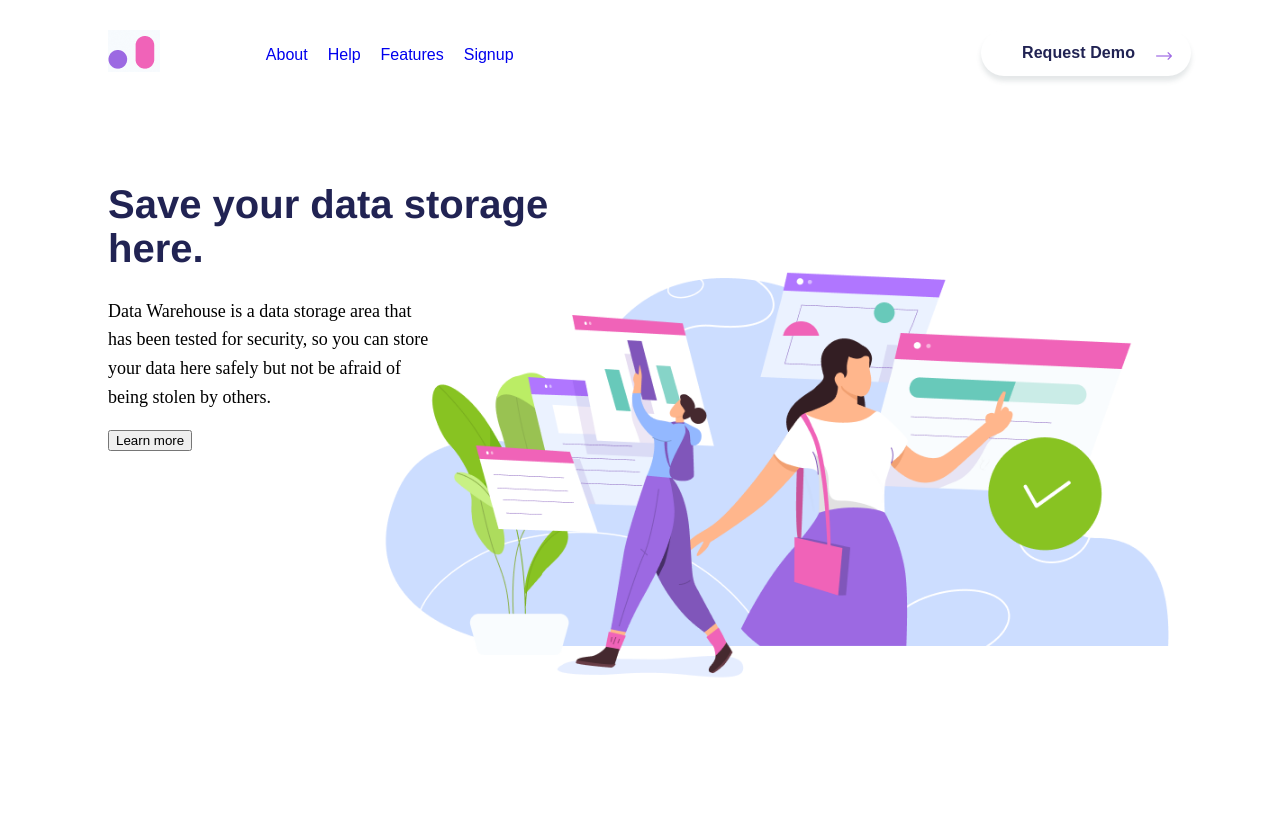
Repository: batonAnton/HW6_flexbox
Page: index.html
An editor plug-in stored every save of this project. The page is shown before and after the next save, followed by the edit.
The browser window is 1280 px wide. The pictures show the whole page.
Some web fonts or font styles are not loaded; a fallback is used.

Above is the page before, as saved 2022-06-18 11:00:15.

### index.html
<!DOCTYPE html>
<html lang="en">
<head>
    <meta charset="UTF-8">
    <meta http-equiv="X-UA-Compatible" content="IE=edge">
    <meta name="viewport" content="width=device-width, initial-scale=1.0">
    <link href="http://fonts.cdnfonts.com/css/helvetica-neue-9" rel="stylesheet">
    <link rel="stylesheet" href="./fonts/Helvetica-Bold.ttf">
    <link rel="stylesheet" href="./fonts/AvenirLTStd-Black.otf">
    <link rel="stylesheet" href="/css/style.css">
    <title>FlexBox</title>
</head>
<body>
    <header>
        <div class="logo">
            <img src="./images/logo.png" alt="logo">
        </div>

        <nav>
            <ul>
                <li>
                    <a href="#">about</a>
                </li>
                <li>
                    <a href="#">help</a>
                </li>
                <li>
                    <a href="#">features</a>
                </li>
                <li>
                    <a href="#">signup</a>
                </li>
            </ul>
        </nav>

        <div class="header-btn">
            <div>
                <button>request demo</button>
            </div>
            <div class="btn-img">
                <img src="./images/right-arrow.png" alt="arrow-right" >
            </div>
        </div>
    </header>

    <div class="section">
        <div class="info">
            <h1>Save your data storage here.</h1>
            <p>Data Warehouse is a data storage area that <br>has been
                tested for security, so you can store <br> your data here
                safely but not be afraid of <br> being stolen by others.</p>
            <button>Learn more</button>
        </div>

        <div class="section-img">
            <img src="./images/headerImg.png" alt="">
        </div>
    </div>
</body>
</html>

### css/style.css
body {
  box-sizing: border-box;
  font-family: "Avenir";
}

header {
  display: flex;
  margin: 30px 100px;
  justify-content: space-between;
  /* border: 1px solid gray; */
 font-family: Arial, Helvetica, sans-serif;
  font-size: 16px;
}


nav {
  margin-right: 40%;
}

nav ul {
  display: flex;
  list-style: none;
  color: #4b5d68;
}

nav ul li a {
  text-decoration: none;
  padding-left: 20px;
  text-transform: capitalize;
}

.header-btn {
  display: flex;
  justify-content: center;
}

.section h1{
    color:#212353;
    font-weight: 700;
}

.header-btn button {
  padding: 15px 30px 15px 15px;
  text-transform: capitalize;
  border: none;
  border-radius: 50px;
  background: #ffffff;
  box-shadow: 0px 5px 5px rgb(75 93 104 / 15%);
  width: 210px;
  color: #212353;
  font-size: 16px;
  font-weight: 800;
  line-height: 100%;
  letter-spacing: 0.005em;
}

.btn-img {
  margin-left: -35px;
  padding-left: -15px;
  align-self: center;
}

button img {
  padding-top: 5px;
  margin-left: 5px;
}

button:hover {
  border: 1px solid rgba(156, 105, 226, 1);
  text-decoration: underline;
}

.section {
  display: flex;
  margin: 70px 100px;
  position: relative;
  height: 600px;
  overflow: hidden;
}

.section p{
    font-family: Helvetica, sans-serif;
}

.info {
  width: 50%;
}

.section h1 {
  font-style: normal;
  font-weight: 700;
  font-size: 40px;
  line-height: 110%;
  font-family: "Helvetica Neue", sans-serif;
}

.section p {
  font-family: "Avenir";
  font-style: normal;
  font-weight: 500;
  font-size: 18px;
  line-height: 160%;
}

.section-img {
  position: absolute;
  bottom: 10%;
  right: -8%;
}
.section-img img {
  width: 90%;
}

After the next save:
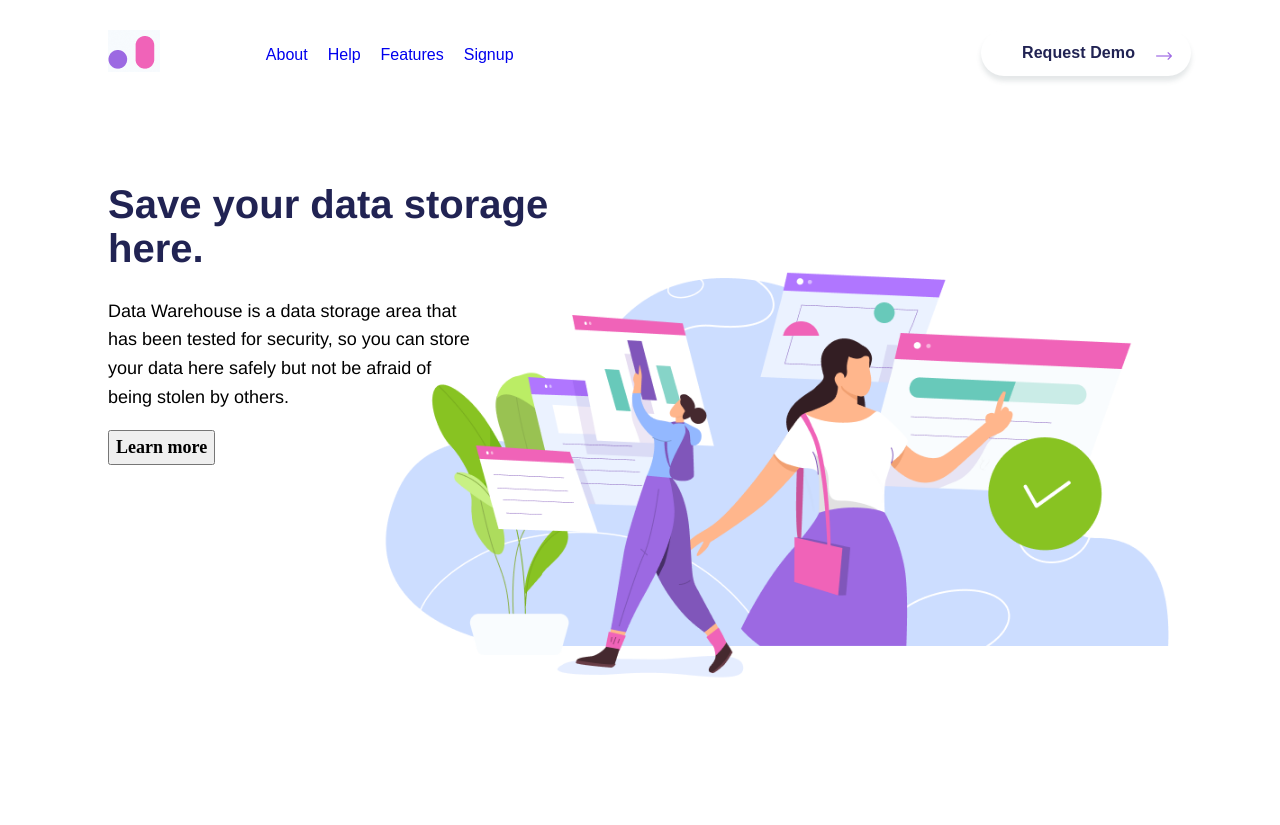
Saved 6 min 7 s later.
--- a/css/style.css
+++ b/css/style.css
@@ -34,10 +34,6 @@ nav ul li a {
   justify-content: center;
 }
 
-.section h1{
-    color:#212353;
-    font-weight: 700;
-}
 
 .header-btn button {
   padding: 15px 30px 15px 15px;
@@ -78,9 +74,6 @@ button:hover {
   overflow: hidden;
 }
 
-.section p{
-    font-family: Helvetica, sans-serif;
-}
 
 .info {
   width: 50%;
@@ -92,10 +85,14 @@ button:hover {
   font-size: 40px;
   line-height: 110%;
   font-family: "Helvetica Neue", sans-serif;
+  color:#212353;
+  font-weight: 700;
 }
 
+
+
 .section p {
-  font-family: "Avenir";
+    font-family: 'Avenir', Helvetica, sans-serif;
   font-style: normal;
   font-weight: 500;
   font-size: 18px;
@@ -110,3 +107,11 @@ button:hover {
 .section-img img {
   width: 90%;
 }
+
+.info button{
+    font-family: 'Avenir';
+     font-style: normal;
+    font-weight: 800;
+    font-size: 18px;
+    line-height: 160%;
+}
